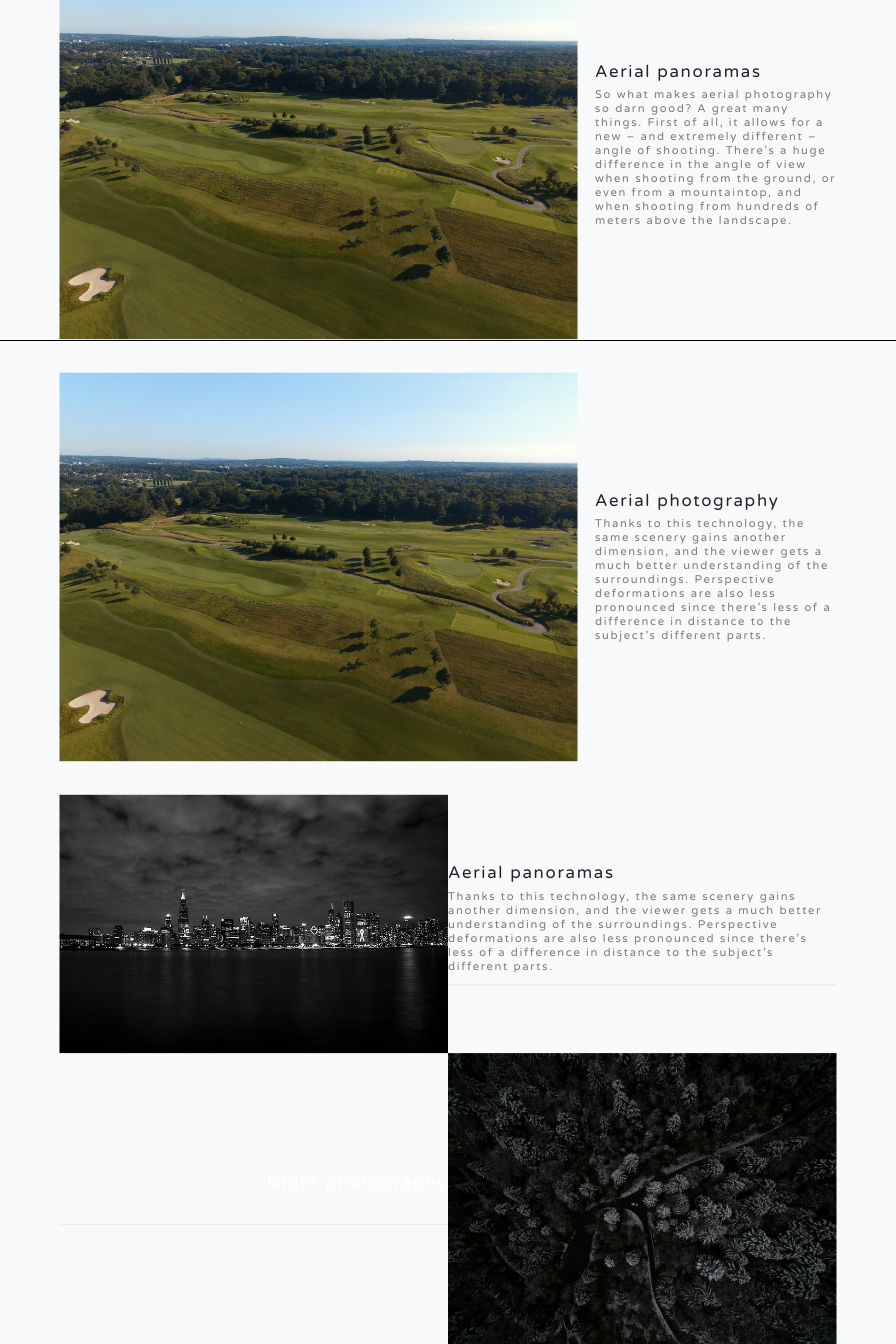
Repository: geoeskel/UCFD-Milestone-Project
Page: index.html
The author's editor kept a record of every edit. The page is drawn from the files as they stood at one moment, then again after the next edit.
The browser window is 1280 px wide. The pictures show the part of the page from y = 2419 to 4339 px (the page is 4339 px tall before and 3970 px after), at 70% of full size.
A picture or video elsewhere on the page could not be fetched, so the positions and the page height are approximate. Some web libraries are served in a nearby version.

Above is the page before.

After the next edit:
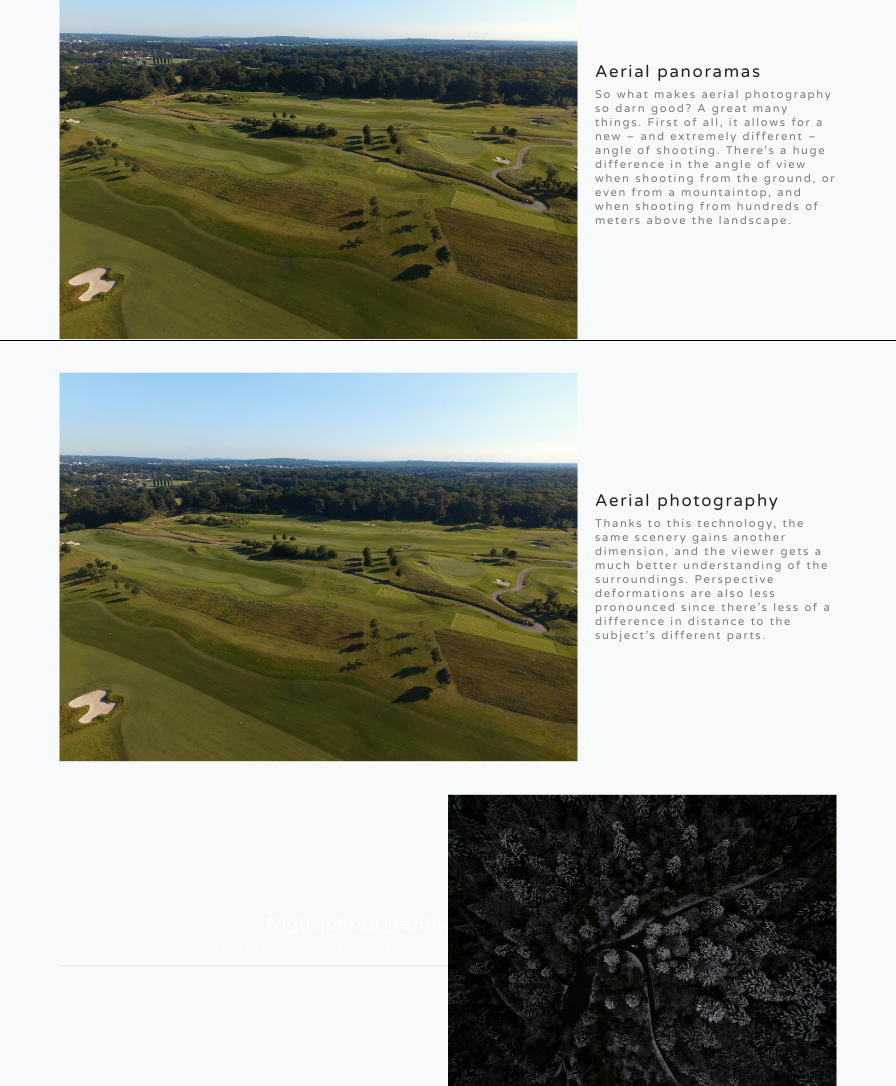
The edit:
--- a/index.html
+++ b/index.html
@@ -121,23 +121,7 @@
       </div>
 
 
-      <div class="row justify-content-center no-gutters mb-5 mb-lg-0">
-        <div class="col-lg-6">
-          <img class="img-fluid" src="img/project-01.jpg" alt="">
-        </div>
-        <div class="col-lg-6">
-          <div class="bg-black text-center h-100 project">
-            <div class="d-flex h-100">
-              <div class="project-text w-100 my-auto text-center text-lg-left">
-                <h4 class="text-black">Aerial panoramas</h4>
-                <p class="mb-0 text-black-50">Thanks to this technology, the same scenery gains another dimension, and the viewer gets a much better understanding of the surroundings. Perspective deformations are also less pronounced since there’s less of a difference in distance
-                  to the subject’s different parts.</p>
-                <hr class="d-none d-lg-block mb-0 ml-0">
-              </div>
-            </div>
-          </div>
-        </div>
-      </div>
+
 
 
       <div class="row justify-content-center no-gutters">
